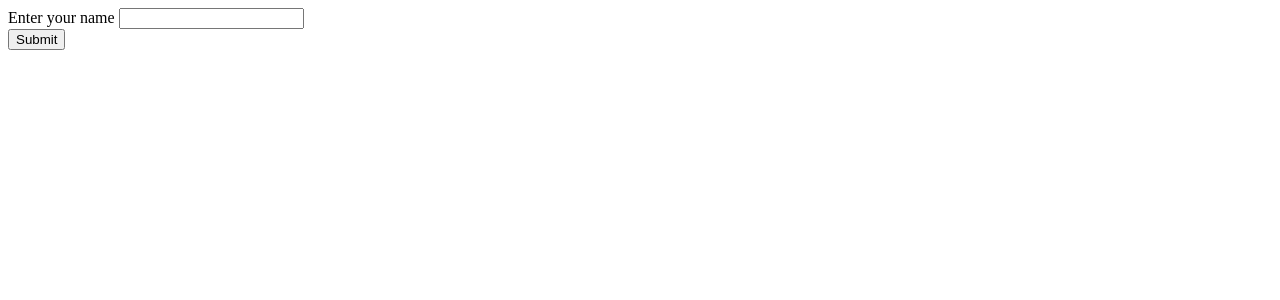
Repository: M-Anusha/Myprojects
Page: http://localhost/spring_mvc/Request.jsp
These files come from the project's save history. The page is drawn as it stood at one moment and after the next save; the edit follows.
The browser window is 1280 px wide. The pictures show the whole page.
The page is served by Tomcat 9. Other server files are loaded and not shown.

Above is the page before, as saved 2015-08-13 06:35:02.

### spring_mvc/WebContent/Request.jsp
<%@ page language="java" contentType="text/html; charset=ISO-8859-1"
    pageEncoding="ISO-8859-1"%>
<!DOCTYPE html PUBLIC "-//W3C//DTD HTML 4.01 Transitional//EN" "http://www.w3.org/TR/html4/loose.dtd">
<html>
<head>
<meta http-equiv="Content-Type" content="text/html; charset=ISO-8859-1">
<title>Insert title here</title>
</head>
<body>
<form action="hello.htm">
Enter your name <input type="text" name="empname"><br>
<input type="submit">

</form>

</body>
</html>

After the next save:
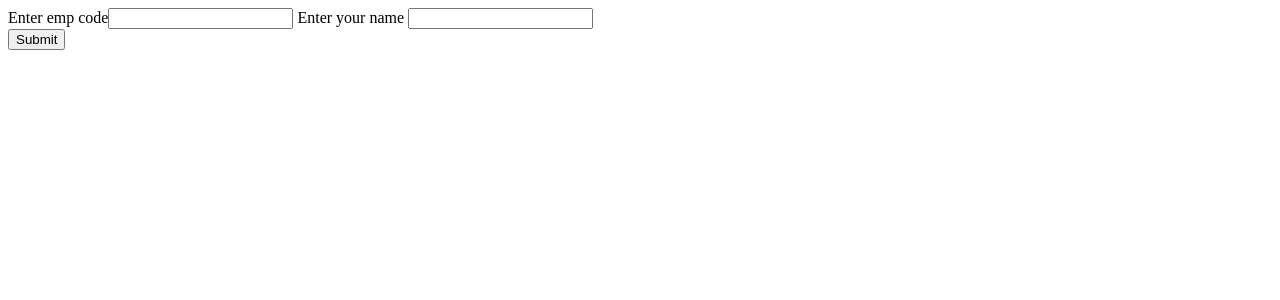
Saved 19 min 54 s later.
--- a/spring_mvc/WebContent/Request.jsp
+++ b/spring_mvc/WebContent/Request.jsp
@@ -8,6 +8,7 @@
 </head>
 <body>
 <form action="hello.htm">
+Enter emp code<input type="text" name="empcode">
 Enter your name <input type="text" name="empname"><br>
 <input type="submit">
 

After the save that followed:
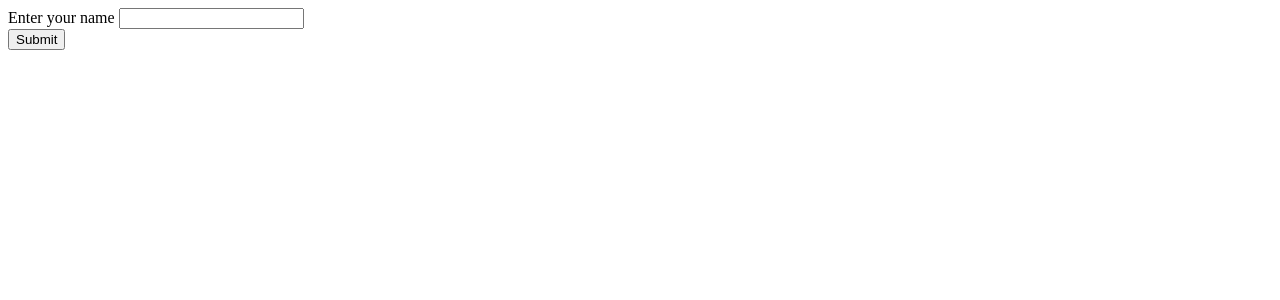
Saved 5 min 30 s later.
--- a/spring_mvc/WebContent/Request.jsp
+++ b/spring_mvc/WebContent/Request.jsp
@@ -8,7 +8,7 @@
 </head>
 <body>
 <form action="hello.htm">
-Enter emp code<input type="text" name="empcode">
+
 Enter your name <input type="text" name="empname"><br>
 <input type="submit">
 
